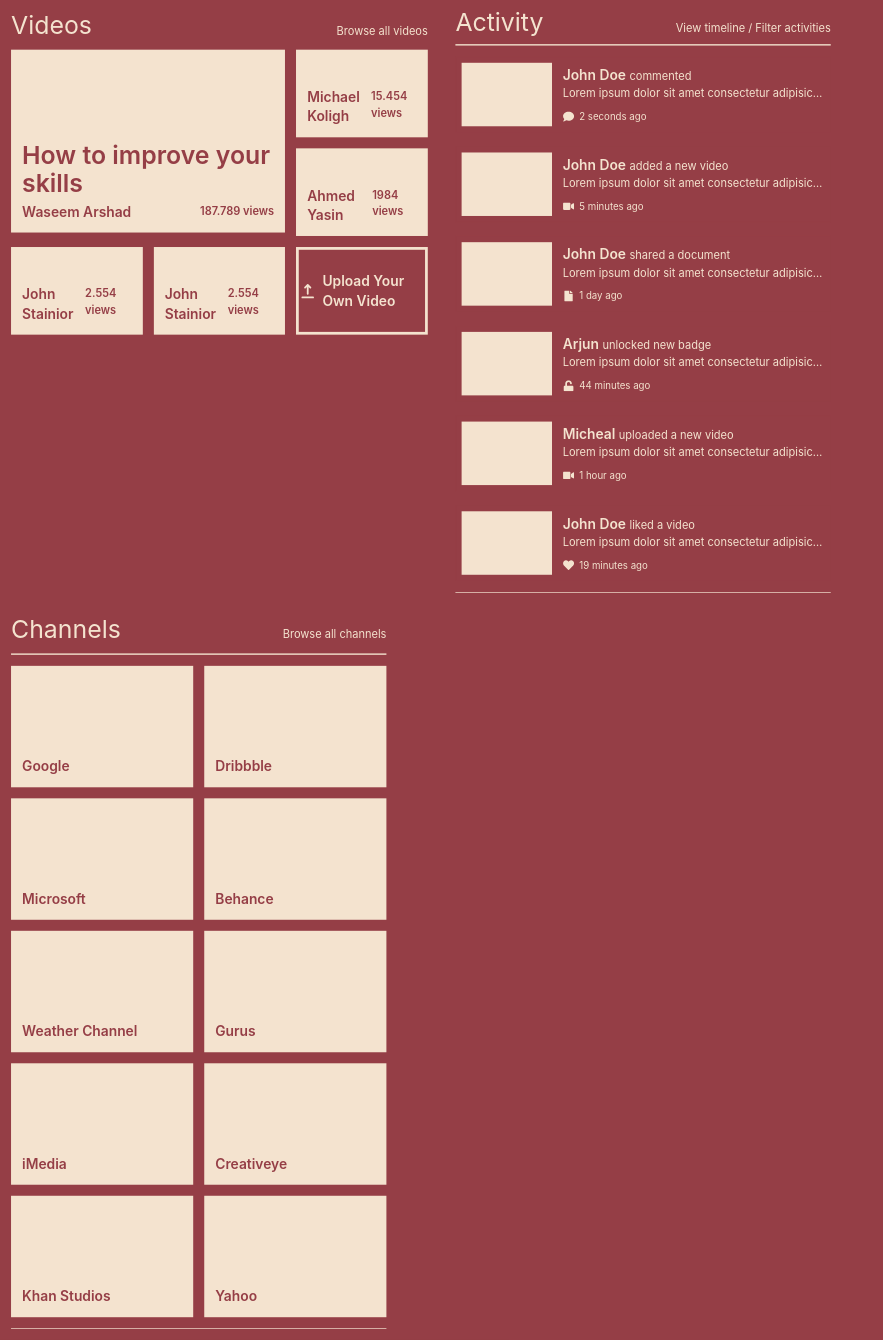
Repository: farrelmuhammad/test-salt
Page: /
These files come from the project's save history. The page is drawn as it stood at one moment and after the next save; the edit follows.
The browser window is 1280 px wide. The pictures show the whole page, at 69% of full size.
The project was rebuilt for these pictures with package versions that can differ from the ones it lists, and the page was loaded fresh each time. Also part of the build but not shown: src/App.css.

Above is the page before, as saved 2022-11-21 16:52:37.

### src/index.css
@tailwind base;
@tailwind components;
@tailwind utilities;

body {
  margin: 0;
  font-family: -apple-system, BlinkMacSystemFont, "Segoe UI", "Roboto", "Oxygen", "Ubuntu", "Cantarell", "Fira Sans", "Droid Sans", "Helvetica Neue", sans-serif;
  -webkit-font-smoothing: antialiased;
  -moz-osx-font-smoothing: grayscale;
  background-color: #953e46;
}

code {
  font-family: source-code-pro, Menlo, Monaco, Consolas, "Courier New", monospace;
}

@layer components {
  .box-text {
    @apply bg-[#F4E3CF] aspect-[3/2] text-[#953e46] p-4;
  }

  .card {
    @apply flex flex-row border border-[#953e46] p-2;
  }

  .hr-top {
    @apply h-[2px] bg-[#F4E3CF] border-none mb-4;
  }

  .hr-bottom {
    @apply h-[1px] bg-[#F4E3CF] border-none my-4;
  }
}

### src/App.js
import logo from "./logo.svg";
import "./App.css";
import Box from "./components/Box";
import Channels from "./components/Channels";
import Activity from "./components/Activity";

function App() {
  return (
    <>
      <div class="grid grid-cols-2 gap-2">
        <div>
          <Box />
        </div>
        <div>
          <Activity />
        </div>
      </div>
      <Channels />
    </>
  );
}

export default App;

### src/components/Box.jsx
import React from "react";
import { HiUpload } from "react-icons/hi";

const Box = () => {
  return (
    <>
      <section className="container">
        <div className="flex items-end justify-between py-4">
          <h1 className="text-4xl text-[#F4E3CF]">Videos</h1>
          <a href="" className="text-base text-[#F4E3CF]">
            Browse all videos
          </a>
        </div>

        <div class="grid grid-cols-3 gap-4">
          <div class="col-span-2 row-span-2 box-text flex flex-col justify-end">
            <h2 className="text-4xl font-semibold mb-2">How to improve your skills</h2>
            <div className="flex justify-between">
              <h4 className="text-xl font-semibold">Waseem Arshad</h4>

              <p className="text-base font-semibold">187.789 views</p>
            </div>
          </div>

          <div class="box-text flex flex-col justify-end">
            <div className="flex justify-between">
              <h4 className="text-xl font-semibold">Michael Koligh</h4>

              <p className="text-base font-semibold">15.454 views</p>
            </div>
          </div>

          <div class="box-text flex flex-col justify-end">
            <div className="flex justify-between">
              <h4 className="text-xl font-semibold">Ahmed Yasin</h4>

              <p className="text-base font-semibold">1984 views</p>
            </div>
          </div>

          <div class="box-text flex flex-col justify-end">
            <div className="flex justify-between">
              <h4 className="text-xl font-semibold">John Stainior</h4>

              <p className="text-base font-semibold">2.554 views</p>
            </div>
          </div>

          <div class="box-text flex flex-col justify-end">
            <div className="flex justify-between">
              <h4 className="text-xl font-semibold">John Stainior</h4>

              <p className="text-base font-semibold">2.554 views</p>
            </div>
          </div>

          <div class="border-4 border-[#F4E3CF] text-[#F4E3CF] flex items-center justify-center">
            <HiUpload className="rounded-full w-10 h-10 mr-2" /> <h2 className="text-xl font-semibold">Upload Your Own Video</h2>
          </div>
        </div>
      </section>
    </>
  );
};

export default Box;

### src/components/Channels.jsx
import React from "react";

const Channels = () => {
  return (
    <>
      <section className="container max-w-xl">
        <div className="flex items-end justify-between py-4">
          <h1 className="text-4xl text-[#F4E3CF]">Channels</h1>
          <a href="" className="text-base text-[#F4E3CF]">
            Browse all channels
          </a>
        </div>

        <hr className="hr-top" />

        <div class="grid grid-cols-2 gap-4 ">
          <div class="box-text text-xl font-semibold flex items-end">Google</div>
          <div class="box-text text-xl font-semibold flex items-end">Dribbble</div>
          <div class="box-text text-xl font-semibold flex items-end">Microsoft</div>
          <div class="box-text text-xl font-semibold flex items-end">Behance</div>
          <div class="box-text text-xl font-semibold flex items-end">Weather Channel</div>
          <div class="box-text text-xl font-semibold flex items-end">Gurus</div>
          <div class="box-text text-xl font-semibold flex items-end">iMedia</div>
          <div class="box-text text-xl font-semibold flex items-end">Creativeye</div>
          <div class="box-text text-xl font-semibold flex items-end">Khan Studios</div>
          <div class="box-text text-xl font-semibold flex items-end">Yahoo</div>
        </div>

        <hr className="hr-bottom" />
      </section>
    </>
  );
};

export default Channels;

### src/components/Activity.jsx
import React from "react";
import { FaComment, FaVideo, FaUnlock, FaHeart, FaFile } from "react-icons/fa";

const Activity = () => {
  return (
    <>
      <section className="container max-w-xl">
        <div className="flex items-end justify-between py-3">
          <h1 className="text-4xl text-[#F4E3CF]">Activity</h1>
          <a href="" className="text-base text-[#F4E3CF]">
            View timeline / Filter activities
          </a>
        </div>

        <hr className="hr-top" />

        <div class="flex flex-col space-y-5">
          <div class="card hover:border-[#F4E3CF]">
            <div className="w-48 bg-[#F4E3CF]"></div>

            <div class="py-1 pl-4 truncate text-[#F4E3CF]">
              <h5 class="text-xl font-semibold">
                John Doe <span className="text-base font-normal">commented</span>
              </h5>
              <p class="text-base mb-3 truncate">Lorem ipsum dolor sit amet consectetur adipisicing elit. Ratione, similique!</p>
              <p class="text-sm flex items-center">
                <FaComment className="w-4 h-4 mr-2" />2 seconds ago
              </p>
            </div>
          </div>

          <div class="card hover:border-[#F4E3CF]">
            <div className="w-48 bg-[#F4E3CF]"></div>

            <div class="py-1 pl-4 truncate text-[#F4E3CF]">
              <h5 class="text-xl font-semibold">
                John Doe <span className="text-base font-normal">added a new video</span>
              </h5>
              <p class="text-base mb-3 truncate">Lorem ipsum dolor sit amet consectetur adipisicing elit. Ratione, similique!</p>
              <p class="text-sm flex items-center">
                <FaVideo className="w-4 h-4 mr-2" />5 minutes ago
              </p>
            </div>
          </div>

          <div class="card hover:border-[#F4E3CF]">
            <div className="w-48 bg-[#F4E3CF]"></div>

            <div class="py-1 pl-4 truncate text-[#F4E3CF]">
              <h5 class="text-xl font-semibold">
                John Doe <span className="text-base font-normal">shared a document</span>
              </h5>
              <p class="text-base mb-3 truncate">Lorem ipsum dolor sit amet consectetur adipisicing elit. Ratione, similique!</p>
              <p class="text-sm flex items-center">
                <FaFile className="w-4 h-4 mr-2" />1 day ago
              </p>
            </div>
          </div>

          <div class="card hover:border-[#F4E3CF]">
            <div className="w-48 bg-[#F4E3CF]"></div>

            <div class="py-1 pl-4 truncate text-[#F4E3CF]">
              <h5 class="text-xl font-semibold">
                Arjun <span className="text-base font-normal">unlocked new badge</span>
              </h5>
              <p class="text-base mb-3 truncate">Lorem ipsum dolor sit amet consectetur adipisicing elit. Ratione, similique!</p>
              <p class="text-sm flex items-center">
                <FaUnlock className="w-4 h-4 mr-2" />
                44 minutes ago
              </p>
            </div>
          </div>

          <div class="card hover:border-[#F4E3CF]">
            <div className="w-48 bg-[#F4E3CF]"></div>

            <div class="py-1 pl-4 truncate text-[#F4E3CF]">
              <h5 class="text-xl font-semibold">
                Micheal <span className="text-base font-normal">uploaded a new video</span>
              </h5>
              <p class="text-base mb-3 truncate">Lorem ipsum dolor sit amet consectetur adipisicing elit. Ratione, similique!</p>
              <p class="text-sm flex items-center">
                <FaVideo className="w-4 h-4 mr-2" />1 hour ago
              </p>
            </div>
          </div>

          <div class="card hover:border-[#F4E3CF]">
            <div className="w-48 bg-[#F4E3CF]"></div>

            <div class="py-1 pl-4 truncate text-[#F4E3CF]">
              <h5 class="text-xl font-semibold">
                John Doe <span className="text-base font-normal">liked a video</span>
              </h5>
              <p class="text-base mb-3 truncate">Lorem ipsum dolor sit amet consectetur adipisicing elit. Ratione, similique!</p>
              <p class="text-sm flex items-center">
                <FaHeart className="w-4 h-4 mr-2" />
                19 minutes ago
              </p>
            </div>
          </div>
        </div>

        <hr className="hr-bottom" />
      </section>
    </>
  );
};

export default Activity;

### tailwind.config.js
/** @type {import('tailwindcss').Config} */
module.exports = {
  content: ["./src/**/*.{js,jsx,ts,tsx}"],
  theme: {
    container: {
      padding: "16px",
    },
    extend: {
      screens: {
        sm: "640px",
        md: "768px",
        lg: "1024px",
        xl: "1280px",
        "2xl": "1320px",
      },
    },
  },
  plugins: [],
};

Loaded but not shown: public/index.html (common file); src/index.js (common file); src/reportWebVitals.js (common file)

After the next save:
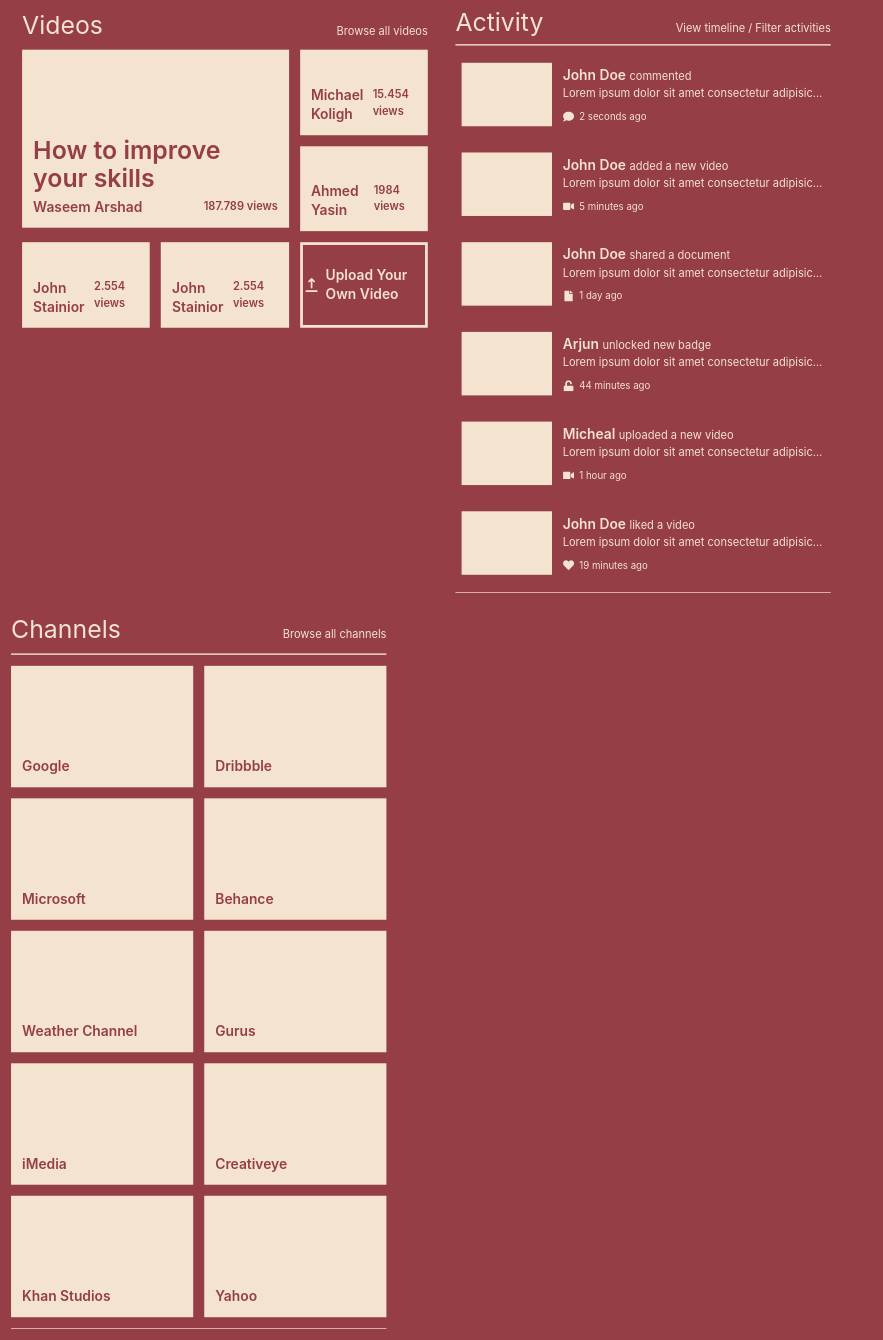
Saved 28 s later.
--- a/src/App.js
+++ b/src/App.js
@@ -7,12 +7,14 @@ import Activity from "./components/Activity";
 function App() {
   return (
     <>
-      <div class="grid grid-cols-2 gap-2">
-        <div>
-          <Box />
-        </div>
-        <div>
-          <Activity />
+      <div className="container">
+        <div class="grid grid-cols-2 gap-2">
+          <div>
+            <Box />
+          </div>
+          <div>
+            <Activity />
+          </div>
         </div>
       </div>
       <Channels />
